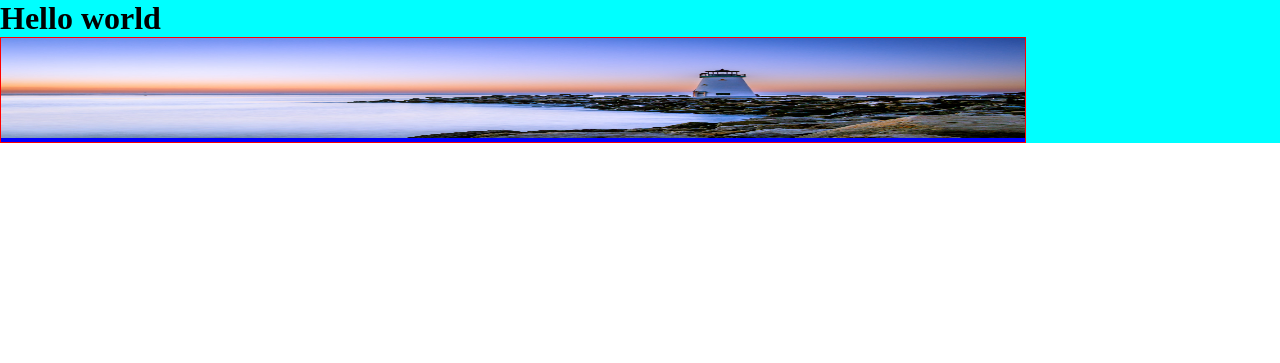
Repository: RPSKumara/DPEdudationPyhton
Page: ImageStyle/index.html
The author's editor kept a copy of each file at every save. The page is drawn from the files as they stood at one save, then again after the next save.
The browser window is 1280 px wide. The pictures show the whole page.

Above is the page before, as saved 2022-04-20 10:16:16.

After the next save:
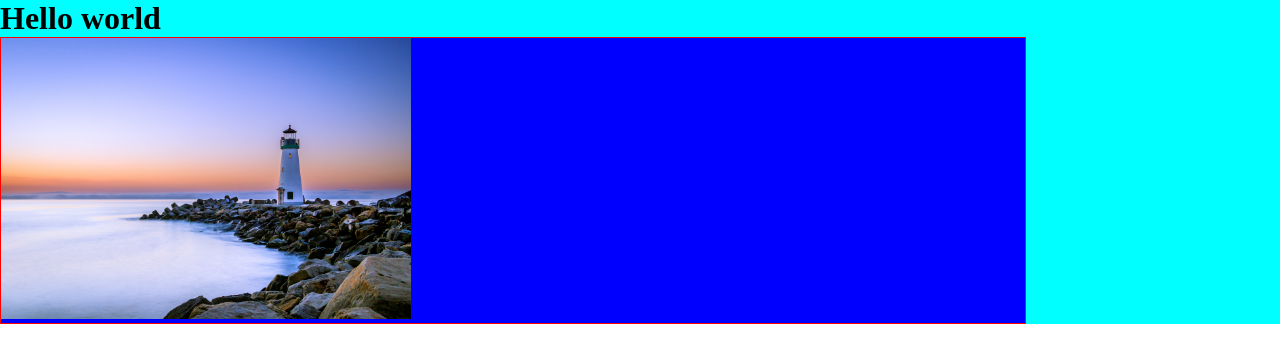
Saved 14 s later.
--- a/ImageStyle/style.css
+++ b/ImageStyle/style.css
@@ -13,6 +13,6 @@
     border: red solid 0.5px;
 }
 .previewImg{
-    width: 100%;
-    max-height: 100px;
+    width: 40%;
+    min-height: 100px;
 }
